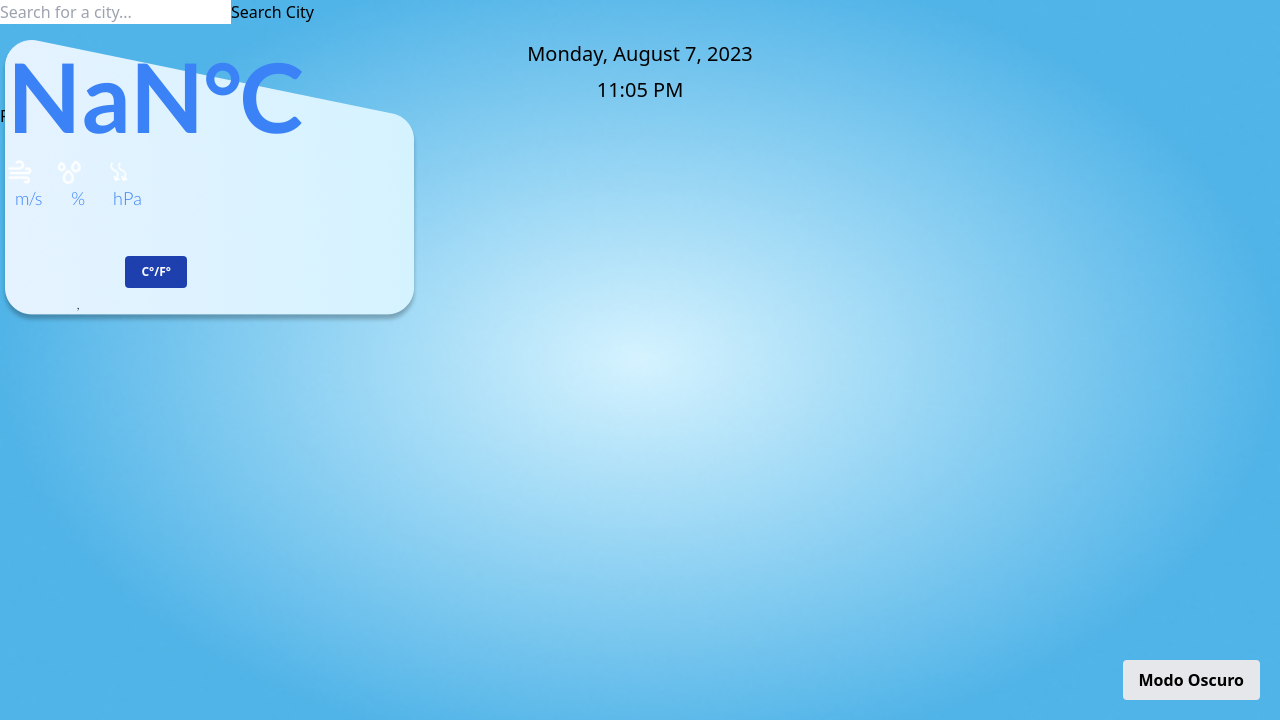
Repository: LukasMoyano/WeatherApp-_-LukasMoyano-_-V-_4.0_6.6.6
Page: /
These files come from the project's save history. The page is drawn as it stood at one moment and after the next save; the edit follows.
The browser window is 1280 px wide. The pictures show the whole page.
The page's requests for data from a server got no answer. The project was rebuilt for these pictures with package versions that can differ from the ones it lists, and the page was loaded fresh each time. No one was signed in, and anything a server would have sent is missing. Also part of the build but not shown: vite.config.js.

Above is the page before, as saved 2023-08-07 23:41:15.

After the next save:
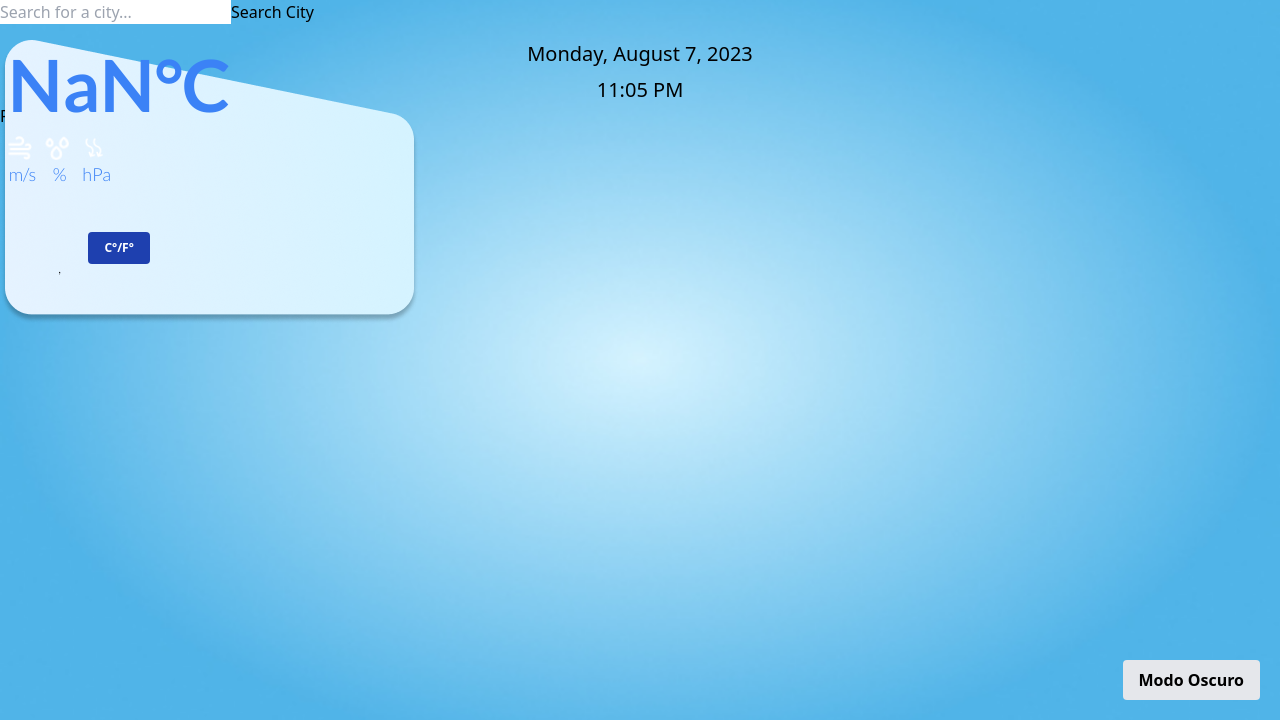
Saved 53 s later.
--- a/src/components/Weather.jsx
+++ b/src/components/Weather.jsx
@@ -58,7 +58,7 @@ const Weather = ({ weatherInfo, isDarkMode }) => {
         <div className="w-1/2 p-2 text-center">
 
           {/* Temperatura Actual */}
-          <div className={` font-lato font-Lato text-8xl font-semibold leading-23 tracking-normal text-center text-blue-500
+          <div className={` font-lato font-Lato text-7xl font-semibold leading-23 tracking-normal text-center text-blue-500
            ${isDarkMode ? "text-white" : "text-black"}`}>
             {convertTemperature(weatherInfo?.main.temp)}
           </div>
